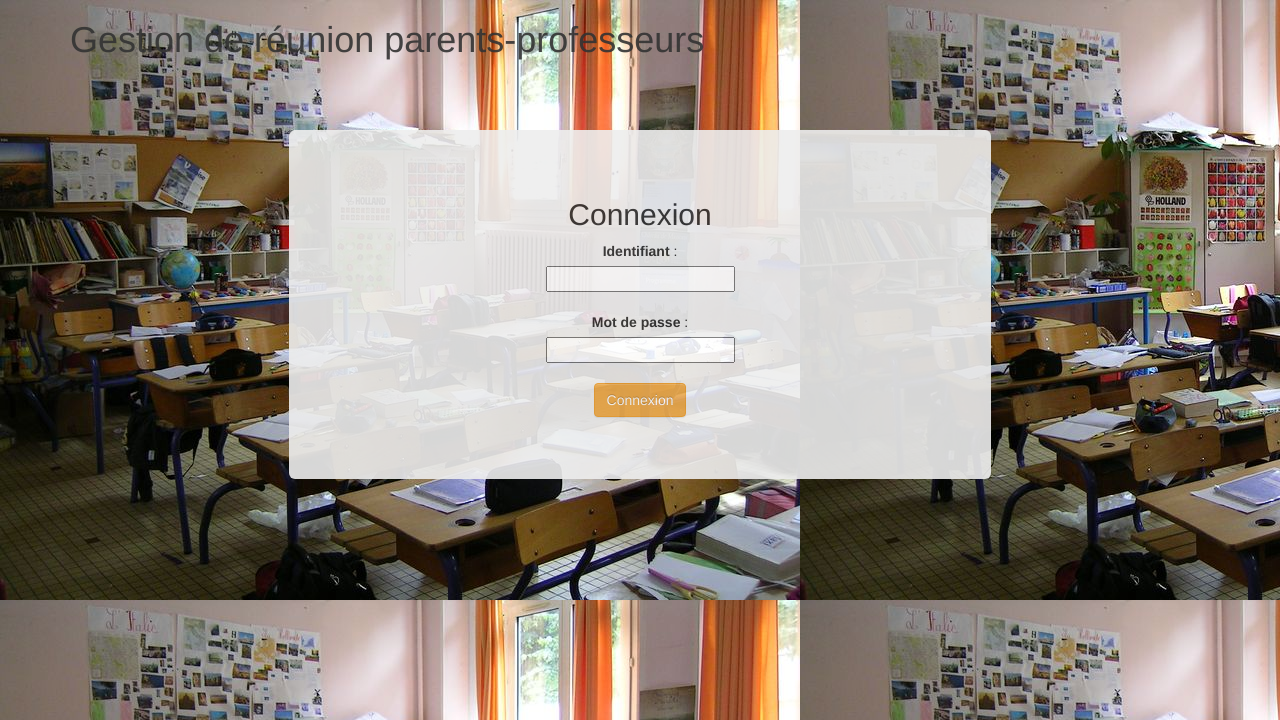
Repository: scra/parentsProfesseurs
Page: http://localhost/AccueilConnexion.php
The author's editor kept a record of every edit. The page is drawn from the files as they stood at one moment, then again after the next edit.
The browser window is 1280 px wide. The pictures show the whole page.
The page is run by PHP 8.4 with error messages shown; the project is at /var/www/html/.

Above is the page before.

### workspace/AccueilConnexion.php
<style type="text/css">
	body{
  background-image:url(images/ecole.jpg) ;
  opacity: 0.9;
	}
</style>

<!DOCTYPE html>
<html>
<head>
<?php
	include'includes/Entete.html';
?>
	<title>	Gestion de réunion parents-professeurs</title>

</head>

<body>
		<section>

			<div class="container">
				<header>
					<div class="row">
 						 <div class="col-md-12">

        						  <b><h1>Gestion de réunion parents-professeurs</h1></b><br/><br/><br/>
  						</div>
					</div>
				</header>
				<div class="row">

							<center> <div  class = "jumbotron" style="width:60%;" >
							<?php
								if(isset($_GET["pb"]))
								{
									if(($_GET["pb"]) == "compteInnexistant")
									{
							?>
										<div class="alert alert-danger" role="alert">


		 								 <span class="glyphicon glyphicon-remove" aria-hidden="true"></span>
		 								 <span class="sr-only">Error:</span>
		 									 	<?php
															echo "Le compte n'existe pas.";
												?>
										</div>
									<?php
									}

									if(($_GET["pb"]) == "mauvaisMDP")
									{
									?>
										<div class="alert alert-danger" role="alert">


		 								 <span class="glyphicon glyphicon-remove" aria-hidden="true"></span>
		 								 <span class="sr-only">Error:</span>
		 									 	<?php
															echo "Le mot de passe n'est pas correct.";
												?>
										</div>
									<?php
									}
								}
									?>

	 							 <h2> Connexion </h2>
	 							 <form method='post' action="VerificationConnexion.php">
									<p1 text-align : center>
									<label for="Identifiant"> Identifiant </label> : <br/><input type="text" name="identifiant" id ="identifiant" /><br/><br/>
									<label for="Mot de passe"> Mot de passe </label> : <br/><input type="password" name="mdp" id ="mdp" /><br/><br/>
									<input type="submit" class="btn btn-warning" name="action" value="Connexion"/>
									</p1>
								</form>
							</div></center>
				</div>
			</div>
		</section>
	</body>
<footer>

	<!-- Pied de page -->

</footer>


</html>

### workspace/includes/Entete.html

<!-- INCLUSION DES STYLES BOOTSTRAP -->
<html>
    <!-- en tête de la page -->
    <meta charset="utf-8" />
    <!-- lier les page css de bootstrap -->
    <link rel="stylesheet" type="text/css" href="style/css/bootstrap.css">
    <link rel="stylesheet" type="text/css" href="style/css/bootstrap-theme.min.css">
    <link rel="stylesheet" type="text/css" href="style/css/bootstrap.min.css">
    <link rel="stylesheet" type="text/css" href="style/css/bootstrap.css">
</html>

Loaded but not shown: workspace/style/css/bootstrap.css (library); workspace/style/css/bootstrap-theme.min.css (library); workspace/style/css/bootstrap.min.css (library)

After the next edit:
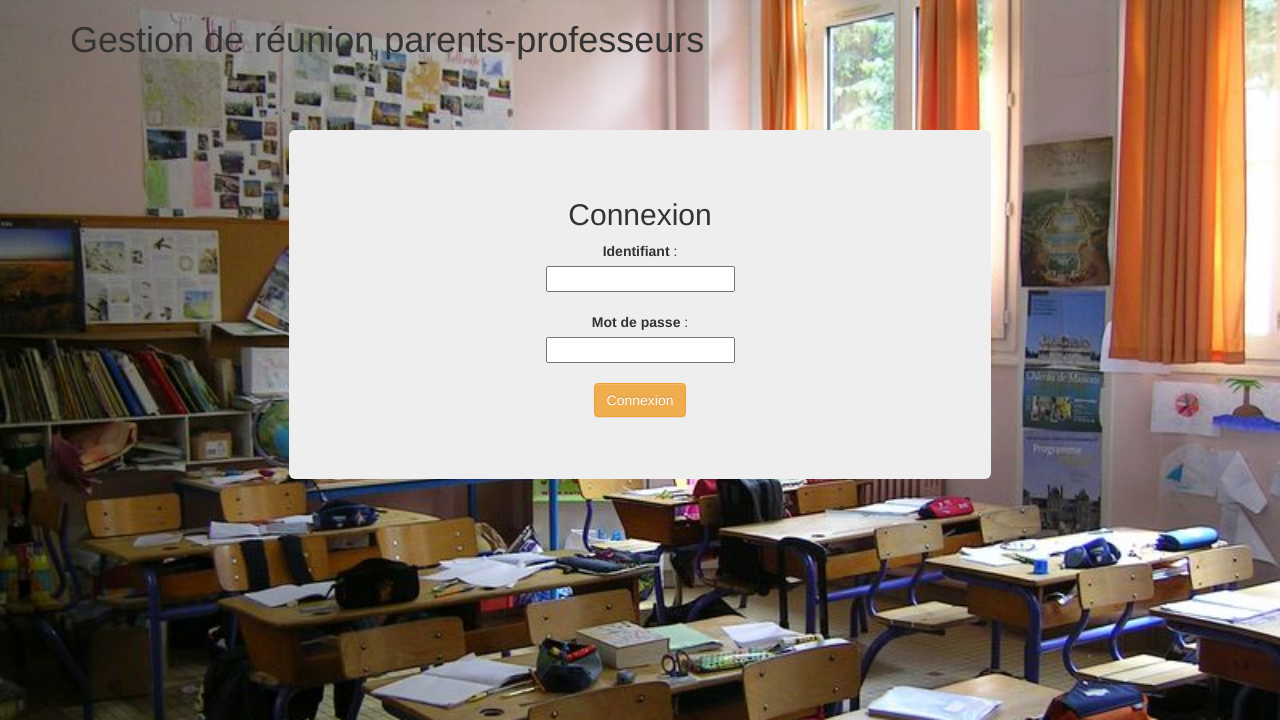
The edit:
--- a/workspace/AccueilConnexion.php
+++ b/workspace/AccueilConnexion.php
@@ -1,7 +1,11 @@
 <style type="text/css">
 	body{
   background-image:url(images/ecole.jpg) ;
-  opacity: 0.9;
+  opacity: 1;
+   margin:0;
+  padding:0;
+  -webkit-background-size: cover; /* pour anciens Chrome et Safari */
+  background-size: cover; /* version standardisée */
 	}
 </style>
 
